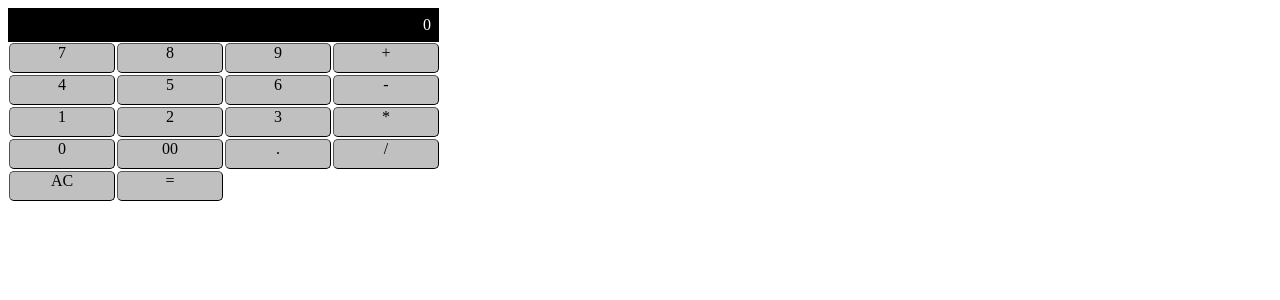
Repository: boilboy/js-Theme-second
Page: index2.html
The author's editor kept a record of every edit. The page is drawn from the files as they stood at one moment, then again after the next edit.
The browser window is 1280 px wide. The pictures show the whole page.
Some web libraries are served in a nearby version.

Above is the page before.

### index2.html
<!DOCTYPE html>
 <html lang="en">
 <head>
 <meta charset="utf-8">
 <script src="https://code.jquery.com/jquery-3.2.1.js" integrity="sha256-DZAnKJ/6XZ9si04Hgrsxu/8s717jcIzLy3oi35EouyE=" crossorigin="anonymous"></script>
 <link rel="stylesheet" href="main.css">
 <title>電卓</title>
 </head>

 <body>
  <div class = "calculator">
   <div id ="display">0</div>
    <div class ='input'>
     <section class ='row'>
      <div class = "num_bth one_nine" data-index-id = 7 >7</div>
      <div class = "num_bth one_nine" data-index-id = 8 >8</div>
      <div class = "num_bth one_nine" data-index-id = 9 >9</div>
      <div class = "num_bth cal" data-index-id = '+'>+</div>
     </section>
     <section class='row'>
      <div class = "num_bth one_nine" data-index-id = 4 >4</div>
      <div class = "num_bth one_nine" data-index-id = 5 >5</div>
      <div class = "num_bth one_nine" data-index-id = 6 >6</div>
      <div class = "num_bth cal" data-index-id = '-'>-</div>
     </section>
     <section class='row'>
      <div class = "num_bth one_nine" data-index-id = 1 >1</div>
      <div class = "num_bth one_nine" data-index-id = 2 >2</div>
      <div class = "num_bth one_nine" data-index-id = 3 >3</div>
      <div class = "num_bth cal" data-index-id = '*'>*</div>
     </section>
     <section class='row'>
      <div class = "num_bth" id="zero" data-index-id = 0 >0</div>
      <div class = "num_bth" data-index-id = 00 >00</div>
      <div class = "num_bth" id="dp" data-index-id = . >.</div>
      <div class = "num_bth cal" data-index-id = '/'>/</div>
     </section>
     <section class='row'>
      <div id="clear">AC</div>
      <div id="equal_btn">=</div>
     </section>
    </div>
  </div>

 <script src="main.js"></script>
 </body>
 </html>

### main.css
#display {
 background-color: black;
 color: #fff;
 width: 415px;
 padding: 8px;
 text-align: right;
}

.row {
 display: flex;
}

.num_bth {
 text-align: center;
 border: 1px outset black;
 background-color: #c0c0c0;
 color: black;
 width: 104px;
 height: 28px;
 border-radius: 5px;
 margin: 1px;
}

#clear,#equal_btn {
 text-align: center;
 border: 1px outset black;
 background-color: #c0c0c0;
 color: black;
 width: 104px;
 height: 28px;
 border-radius: 5px;
 margin: 1px;
}

### main.js
const num_bth = document.querySelectorAll('.num_bth');
let display = document.getElementById('display');
let result = 0;
let state ='start';

//1から９の数字を押した時
const one_nine = document.querySelectorAll('.one_nine');
one_nine.forEach(index => {
 index.addEventListener('click', () => {
   if(state ==='start') {
     result = index.dataset.indexId;
   }else if(state === 'finish') {
     reset();
     result = index.dataset.indexId;
   }else if(state === 'calculation'||state === 'calBtn') {
     result += index.dataset.indexId;
   }
   display.textContent = result;
   state = 'calculation'
 }) //click
})//forEach

//演算子ボタンを押した時
const cal = document.querySelectorAll('.cal');
cal.forEach(index => {
 index.addEventListener('click', () => {
  if(state ==='start') {
     return;
  }else if(state === 'calculation') {
    result += index.dataset.indexId;
  }else if(state === 'finish') {
    result = display.textContent
    result += index.dataset.indexId;
    display.textContent = 0
  }else if(state === 'calBtn') {
    result = result.slice(0,-1)
    result += index.dataset.indexId;
  }
  display.textContent = result;
  state = 'calBtn'
 }) //click
})//forEach

//イコールボタンを押した時
const equal_btn = document.getElementById('equal_btn');
equal_btn.addEventListener('click',() =>{
 console.log(eval(result));
 display.textContent = eval(result);
 state = 'finish'
});

//AC(リセット)ボタンを押した時
const clear = document.getElementById('clear')
clear.addEventListener('click',() => {
 reset();
})

//リセットを行う関数
function reset() {
 result = 0;
 display.textContent = 0;
}

/*0ボタンを押した時
  ゼロを最初に連続で押させないようにするため*/
const zero = document.getElementById('zero');
zero.addEventListener('click', () => {
if(state==='start'||state==='calBtn'||state==='finish'){
 if(display.textContent.slice(-1) === '0') {
    return;
   }
  }
if(state==='start') {
  result = zero.dataset.indexId;
 }else{
  result += zero.dataset.indexId;
 }
   display.textContent = result;
 }) //click

### main2.css
#display {
 background-color: black;
 color: #fff;
 width: 415px;
 padding: 8px;
 text-align: right;
}

.row {
 display: flex;
}

.num_bth {
 text-align: center;
 border: 1px outset black;
 background-color: #c0c0c0;
 color: black;
 width: 104px;
 height: 28px;
 border-radius: 5px;
 margin: 1px;
}

#clear,#equal_btn {
 text-align: center;
 border: 1px outset black;
 background-color: #c0c0c0;
 color: black;
 width: 212px;
 height: 28px;
 border-radius: 5px;
 margin: 1px;
}

After the next edit:
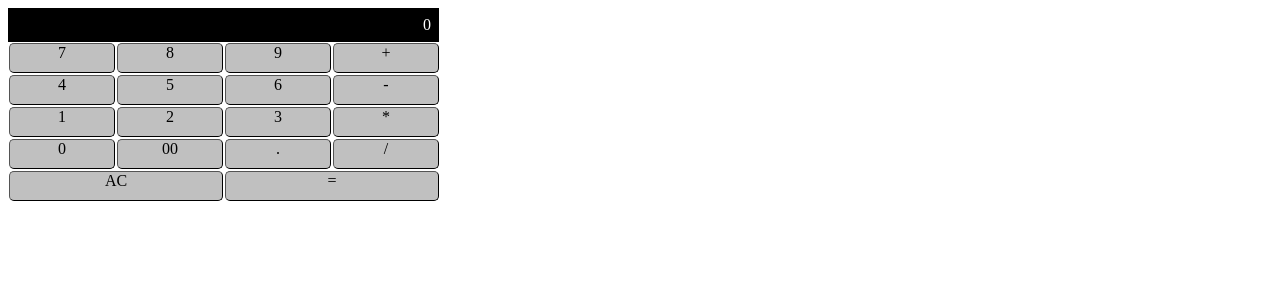
The edit:
--- a/index2.html
+++ b/index2.html
@@ -3,7 +3,7 @@
  <head>
  <meta charset="utf-8">
  <script src="https://code.jquery.com/jquery-3.2.1.js" integrity="sha256-DZAnKJ/6XZ9si04Hgrsxu/8s717jcIzLy3oi35EouyE=" crossorigin="anonymous"></script>
- <link rel="stylesheet" href="main.css">
+ <link rel="stylesheet" href="main2.css">
  <title>電卓</title>
  </head>
 
